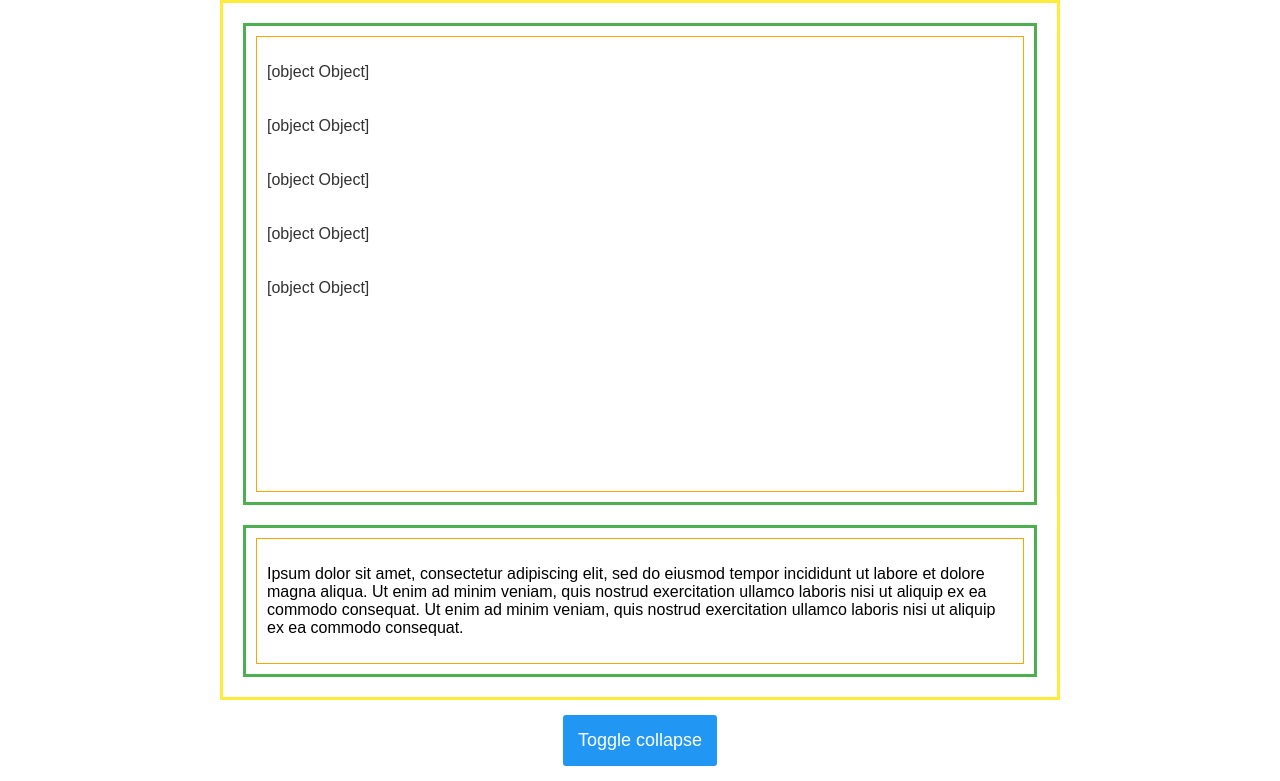
Repository: dsbarnes/groovy-blog
Page: index.html
An editor plug-in stored every save of this project. The page is shown before and after a run of saves, followed by the edit.
The browser window is 1280 px wide. The pictures show the whole page.
After loading, the first visible `#toggle-button` was clicked once.
An inner scrolling area shows only its first screen. The style sheet was rebuilt from its Sass, Less or Tailwind sources for each picture, by a compiler version that may differ from the author's.

Above is the page before, as saved 2020-05-09 13:21:38.

### index.html
<!DOCTYPE html>
<html lang="en">

<head>
    <meta charset="UTF-8">
    <meta name="viewport" content="width=device-width, initial-scale=1.0">
    <title>Document</title>
    <link rel="stylesheet" href="./CSS/style.css">
</head>

<body>

    <div class="container">
        <!-- Section one -->
        <div class="section-one">
            <div class='double-border'>

                <div id='about-section-text'>
                    <p>This is the about section</p>
                </div>

                <div id='articles-section-text'></div>

            </div>
        </div>

        <!-- Section two -->
        <div class="section-two collapsible">
            <div class='double-border collapsible'>
                <p>Lorem ipsum dolor sit amet, consectetur adipiscing elit, sed do eiusmod tempor incididunt ut labore
                    et
                    dolore
                    magna aliqua.</p>
            </div>
        </div>

        <!-- Section three -->
        <div class="section-three">
            <div class="double-border">
                <p>Ipsum dolor sit amet, consectetur adipiscing elit, sed do eiusmod tempor incididunt ut labore et
                    dolore
                    magna
                    aliqua. Ut enim ad minim veniam, quis nostrud exercitation ullamco laboris nisi ut aliquip ex ea
                    commodo
                    consequat. Ut enim ad minim veniam, quis nostrud exercitation ullamco laboris nisi ut aliquip ex ea
                    commodo
                    consequat.</p>
            </div>
        </div>

    </div><!-- container -->

    <button id="toggle-button">Toggle collapse</button>

    <script type=module src="index.js"></script>
</body>

</html>

### index.js
import articles from './components/articles.js'
import repos from './components/repos.js'

import articlesData from './siteData/articles.js'
import backendData from './siteData/backEnd.js'
import frontendData from './siteData/frontEnd.js'
import fullstackData from './siteData/fullStack.js'

document.querySelector('#toggle-button')
    .addEventListener('click',
        function () {

            const aboutText = document.getElementById('about-section-text')
            aboutText.style.display = 'none'

            const sectionTextArea = document.getElementById('articles-section-text')

            for (const key in Object.keys(frontendData)) {
                const element = document.createElement('p')
                element.id = 'article'
                element.innerHTML = frontendData[key]
                sectionTextArea.appendChild(element)
            }

            // Add overflow: scroll
            document.querySelector('.section-one')
                .classList.toggle('collapsed')

            // Shrinks and fades out the middle box
            document.querySelector('.section-two.collapsible')
                .classList.toggle('collapsed');

            // document.querySelector('.double-border.collapsible')
            //     .classList.toggle('collapsed')
        });

### components/articles.js
function modules(arr) {
    console.log('modules works')
}

export default modules

### components/repos.js
function repos(arr) {

    const root = document.getElementById('articles-section-text')

    for (const element of arr) {
        console.log(element)
        for (const key in Object.keys(element)) {

            console.log(key)
            console.log(element)

            const pTag = document.createElement('p')
            pTag.classList.add('fade-in')
            pTag.innerHTML = element[key]

            root.appendChild(pTag)
        }
    }
}

export default repos


// for (const key in Object.keys(frontendData)) {
//     const element = document.createElement('p')
//     element.id = 'article'
//     element.innerHTML = frontendData[key]
//     sectionTextArea.appendChild(element)
// }

### siteData/articles.js
const articleData = [
    {
        "Title": "Article Project One",
        "Link": "blah.com",
        "Date": "date-posted",
        "Short": "fjdklsafjdlks;fajsdl;f"
    },
    {
        "Title": "Article Project Two",
        "Link": "blah.com",
        "Date": "date-posted",
        "Short": "fjdklsafjdlks;fajsdl;f"
    },
    {
        "Title": "Article Project Three",
        "Link": "blah.com",
        "Date": "date-posted",
        "Short": "fjdklsafjdlks;fajsdl;f"
    },
    {
        "Title": "Article Project Four",
        "Link": "blah.com",
        "Date": "date-posted",
        "Short": "fjdklsafjdlks;fajsdl;f"
    },
    {
        "Title": "Article Project Five",
        "Link": "blah.com",
        "Date": "date-posted",
        "Short": "fjdklsafjdlks;fajsdl;f"
    }
]

export default articleData

### siteData/backEnd.js
const backendData = [
    {
        "Repo": "Back End Project One",
        "RepoLink": "blah.com",
        "Description": "README.md"
    },
    {
        "Repo": "Back End Project Two",
        "RepoLink": "blah.com",
        "Description": "README.md"
    },
    {
        "Repo": "Back End Project Three",
        "RepoLink": "blah.com",
        "Description": "README.md"
    },
    {
        "Repo": "Back End Project Four",
        "RepoLink": "blah.com",
        "Description": "README.md"
    },
    {
        "Repo": "Back End Project Five",
        "RepoLink": "blah.com",
        "Description": "README.md"
    }
]

export default backendData

### siteData/frontEnd.js
const frontendData = [
    {
        "Repo": "Front End Project One",
        "RepoLink": "blah.com",
        "DemoLink": "demo link",
        "Description": "README.md"
    },
    {
        "Repo": "Front End Project Two",
        "RepoLink": "blah.com",
        "DemoLink": "demo link",
        "Description": "README.md"
    },
    {
        "Repo": "Front End Project Three",
        "RepoLink": "blah.com",
        "DemoLink": "demo link",
        "Description": "README.md"
    },
    {
        "Repo": "Front End Project Four",
        "RepoLink": "blah.com",
        "DemoLink": "demo link",
        "Description": "README.md"
    },
    {
        "Repo": "Front End Project Five",
        "RepoLink": "blah.com",
        "DemoLink": "demo link",
        "Description": "README.md"
    }
]

export default frontendData

### siteData/fullStack.js
const fullstackData = [
    {
        "Repo": "Full Stack Project One",
        "RepoLink": "blah.com",
        "Description": "README.md"
    },
    {
        "Repo": "Full Stack Project Two",
        "RepoLink": "blah.com",
        "Description": "README.md"
    },
    {
        "Repo": "Full Stack Project Three",
        "RepoLink": "blah.com",
        "Description": "README.md"
    },
    {
        "Repo": "Full Stack Project Four",
        "RepoLink": "blah.com",
        "Description": "README.md"
    },
    {
        "Repo": "Full Stack Project Five",
        "RepoLink": "blah.com",
        "Description": "README.md"
    }
]

export default fullstackData

### style.scss
// This stuff matters!
.container {
  display:flex;
  flex-direction:column;
  justify-content:flex-start;

  // sadly, we're required to set at least the container height explicitly
  height:700px;
}

.section-one {
  flex:2;
  border:3px solid #4CAF50;
  margin: 10px;
  padding: 10px;
  overflow: hidden;
}

@keyframes fade-in{
  from{color: white;}
  to{ color: black;}
}
#article{ animation: fade-in 3s forwards;}

.section-one.collapsed{
   overflow: hidden;
  .double-border{ overflow: scroll; }
}

.section-two {
  // note that we're transitioning flex, not height!
  transition:all 0.4s ease;
  transition-property: flex, border, margin, padding, color;
  border:3px solid #4CAF50;
  flex:1;
  overflow:hidden;
  margin: 10px;
  padding: 10px;
  color: black;
}
.section-two.collapsed {
  flex: 0;
  border: 0px solid white;
  margin: 0 200px;
  padding: 0 400px;
  color: white;
}

.section-three{
  margin: 10px;
  padding: 10px;
  border:3px solid #4CAF50;
}
.double-border{
  border: 1px solid orange;
  height: 100%;
  p{padding: 10px;}
}
.double-border.collapsed {
  border: 1px solid white;
}


// This stuff doesn't matter!
* {
  box-sizing:border-box;
}
body {
  margin:0;
  font-family:arial;
}
.container {
  border: 3px solid #FFEB3B;
  margin:0 auto;
  max-width:840px;
  padding: 10px;
}
button {
  display:block;
  font-size:18px;
  border:none;
  border-radius:3px;
  background:#2196F3;
  color:white;
  margin:15px auto;
  padding:15px;
}

After the next 2 saves:
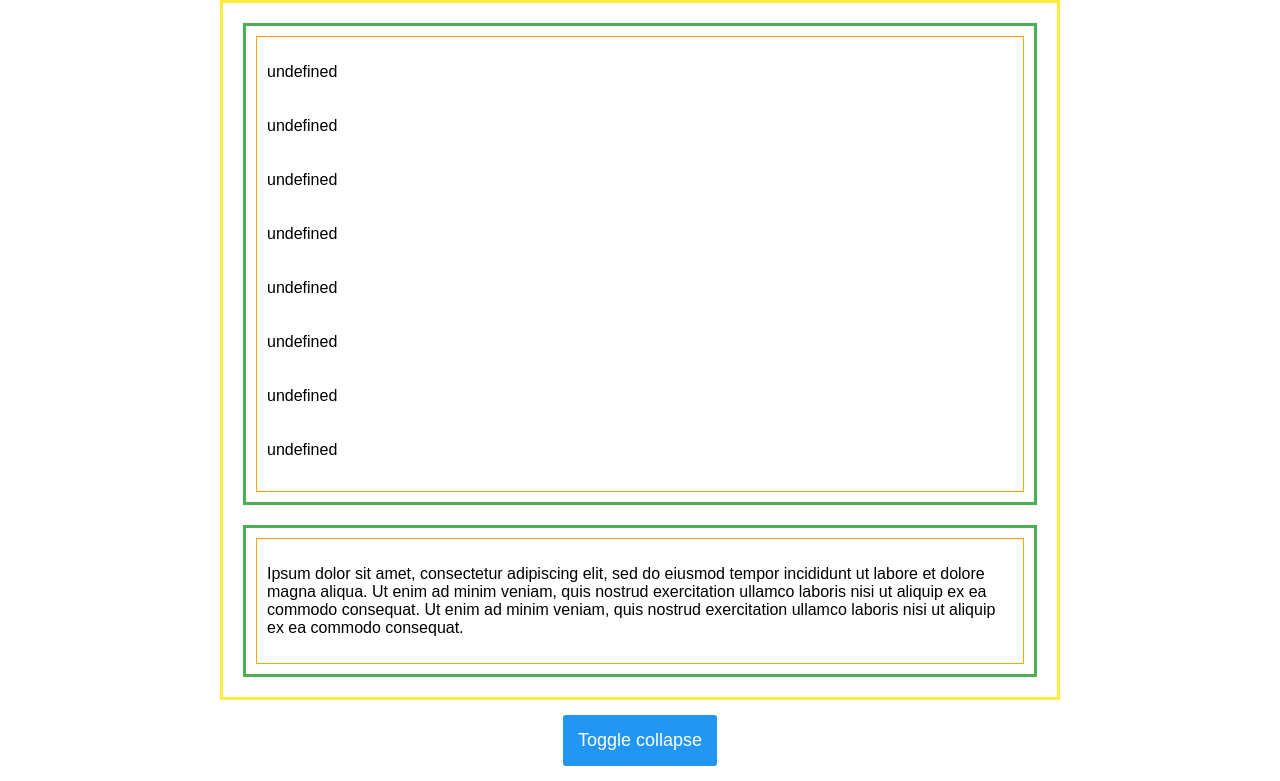
The 2 saves are shown as one change because they came seconds apart.
The last was saved 26 s later.
--- a/index.js
+++ b/index.js
@@ -15,12 +15,7 @@
 
             const sectionTextArea = document.getElementById('articles-section-text')
 
-            for (const key in Object.keys(frontendData)) {
-                const element = document.createElement('p')
-                element.id = 'article'
-                element.innerHTML = frontendData[key]
-                sectionTextArea.appendChild(element)
-            }
+            repos(fullstackData)
 
             // Add overflow: scroll
             document.querySelector('.section-one')
